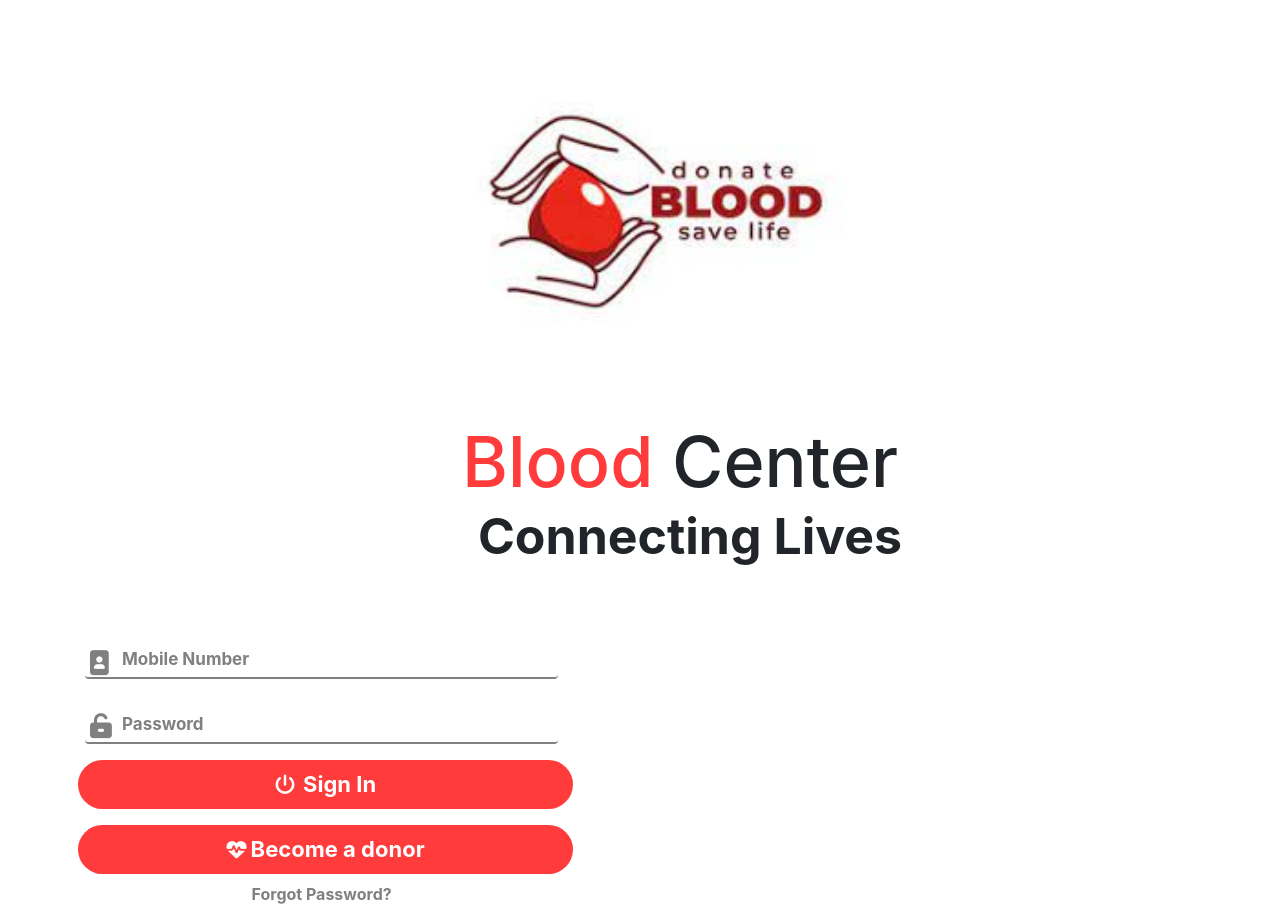
Repository: syedali042/jbds
Page: /
An editor plug-in stored every save of this project. The page is shown before and after the next save, followed by the edit.
The browser window is 1280 px wide. The pictures show the whole page.
Some web libraries are served in a nearby version. The project was rebuilt for these pictures with package versions that can differ from the ones it lists, and the page was loaded fresh each time. Also part of the build but not shown: src/components/Header.js, src/components/About.js, src/components/Register.js, src/components/Header2.js, src/components/Home.js, src/components/Header4.js, src/components/Request.js, src/components/Header3.js and 1 more.

Above is the page before, as saved 2021-11-09 20:25:43.

After the next save:
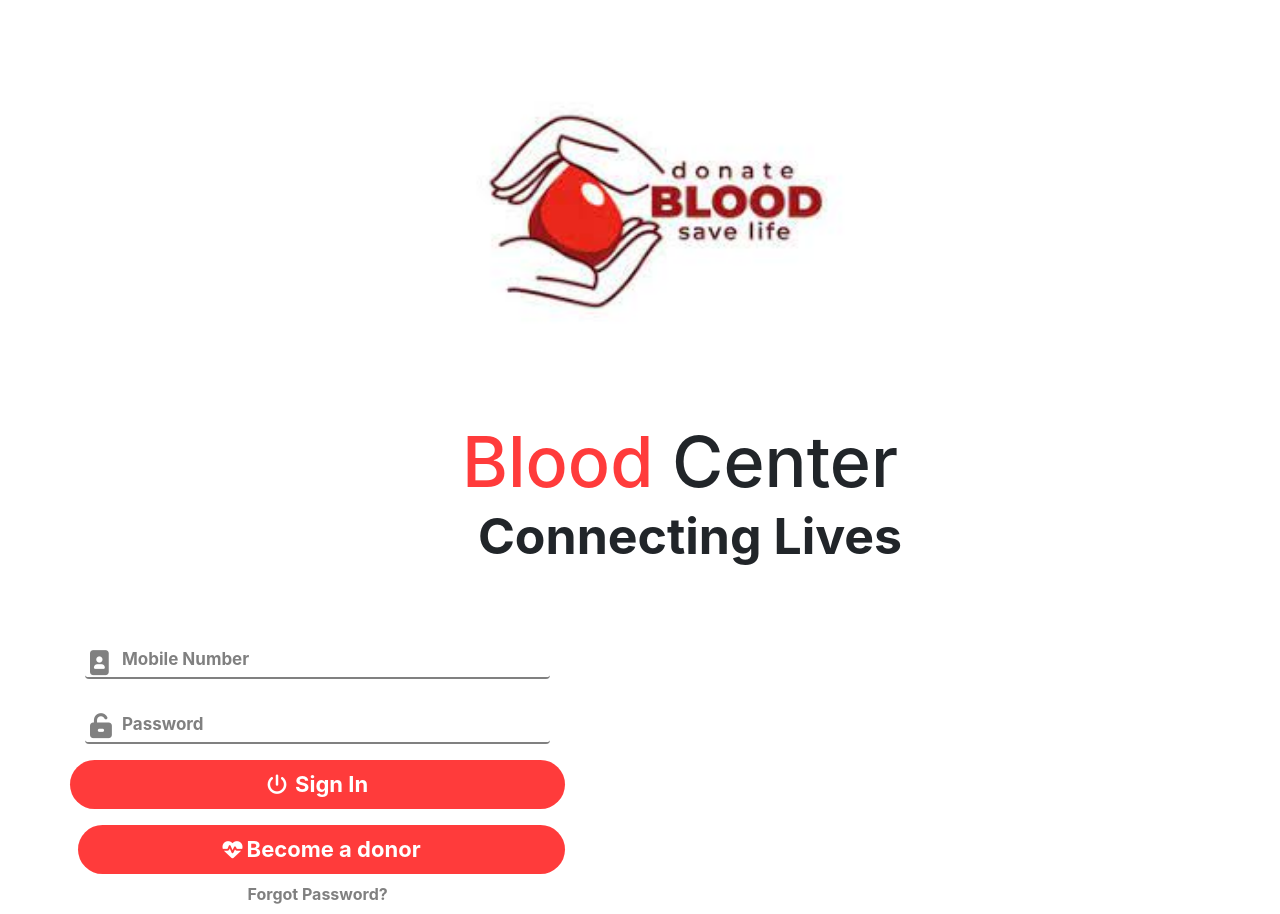
Saved 52 s later.
--- a/src/components/Login.js
+++ b/src/components/Login.js
@@ -73,7 +73,7 @@ function Login() {
 
                                             {errors.password && touched.password && errors.password}
                                         <div className="row d-flex align-items-center justify-content-center">
-                                            <button type="submit" disabled={isSubmitting} className="sign p-2 mt-3 ml-2 w-100">
+                                            <button type="submit" disabled={isSubmitting} className="sign p-2 mt-3 w-100">
                                                 <i className="fas fa-power-off mr-2 "></i>Sign In
                                             </button>
                                             <button className="donor p-2 mt-3 ml-2 w-100">
